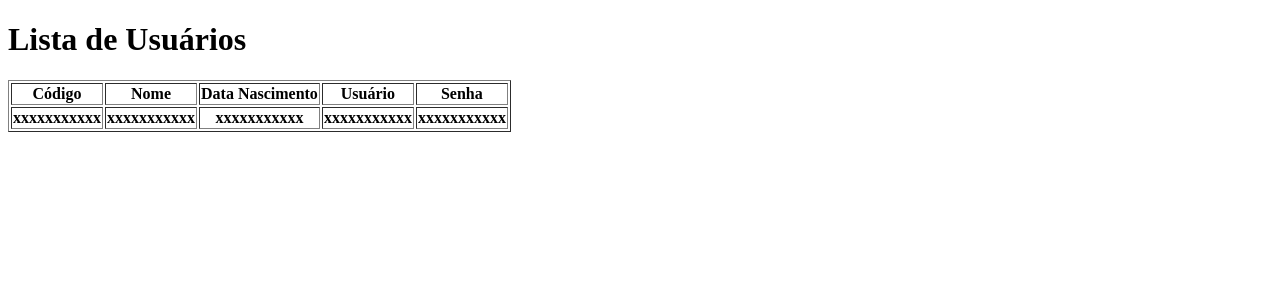
Repository: HigorRoc/Uninove_2021.1_AplicacaoWebQuarta
Page: http://localhost/usersManager/formMostraUsuarios.jsp
An editor plug-in stored every save of this project. The page is shown before and after the next save, followed by the edit.
The browser window is 1280 px wide. The pictures show the whole page.
The page is served by Tomcat 9. Other server files are loaded and not shown.

Above is the page before, as saved 2021-05-20 00:13:37.

### usersManager/WebContent/formMostraUsuarios.jsp
<%@ page language="java" contentType="text/html; charset=ISO-8859-1"
	pageEncoding="ISO-8859-1"%>

<!DOCTYPE html>
<html>
	<head>
		<meta charset="ISO-8859-1">
		<title>Usuarios</title>
	</head>
	<body>
		<h1>Lista de Usuários</h1>
		<table border="1">
			<thead>
				<tr>
					<th>Código</th>
					<th>Nome</th>
					<th>Data Nascimento</th>
					<th>Usuário</th>
					<th>Senha</th>
				</tr>
			</thead>
			<tbody>
				<tr>
					<th>xxxxxxxxxxx</th>
					<th>xxxxxxxxxxx</th>
					<th>xxxxxxxxxxx</th>
					<th>xxxxxxxxxxx</th>
					<th>xxxxxxxxxxx</th>
				</tr>
			</tbody>
		</table>
	</body>
</html>

After the next save:
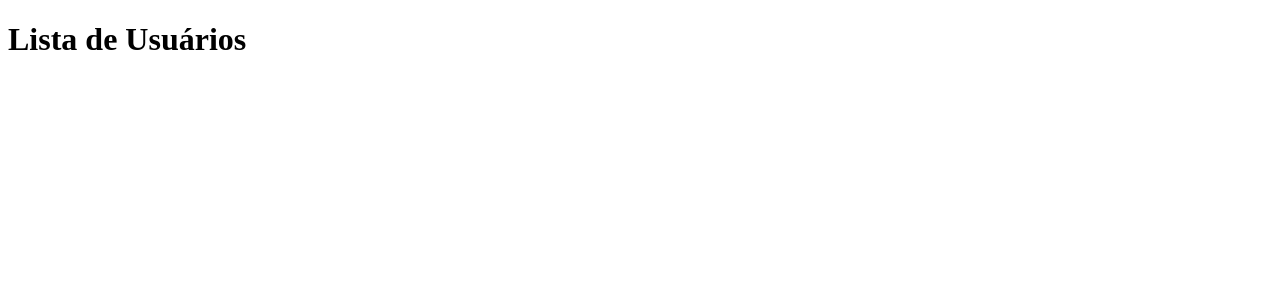
Saved 45 s later.
--- a/usersManager/WebContent/formMostraUsuarios.jsp
+++ b/usersManager/WebContent/formMostraUsuarios.jsp
@@ -9,7 +9,7 @@
 	</head>
 	<body>
 		<h1>Lista de Usuários</h1>
-		<table border="1">
+		<table border="1" width=">
 			<thead>
 				<tr>
 					<th>Código</th>
